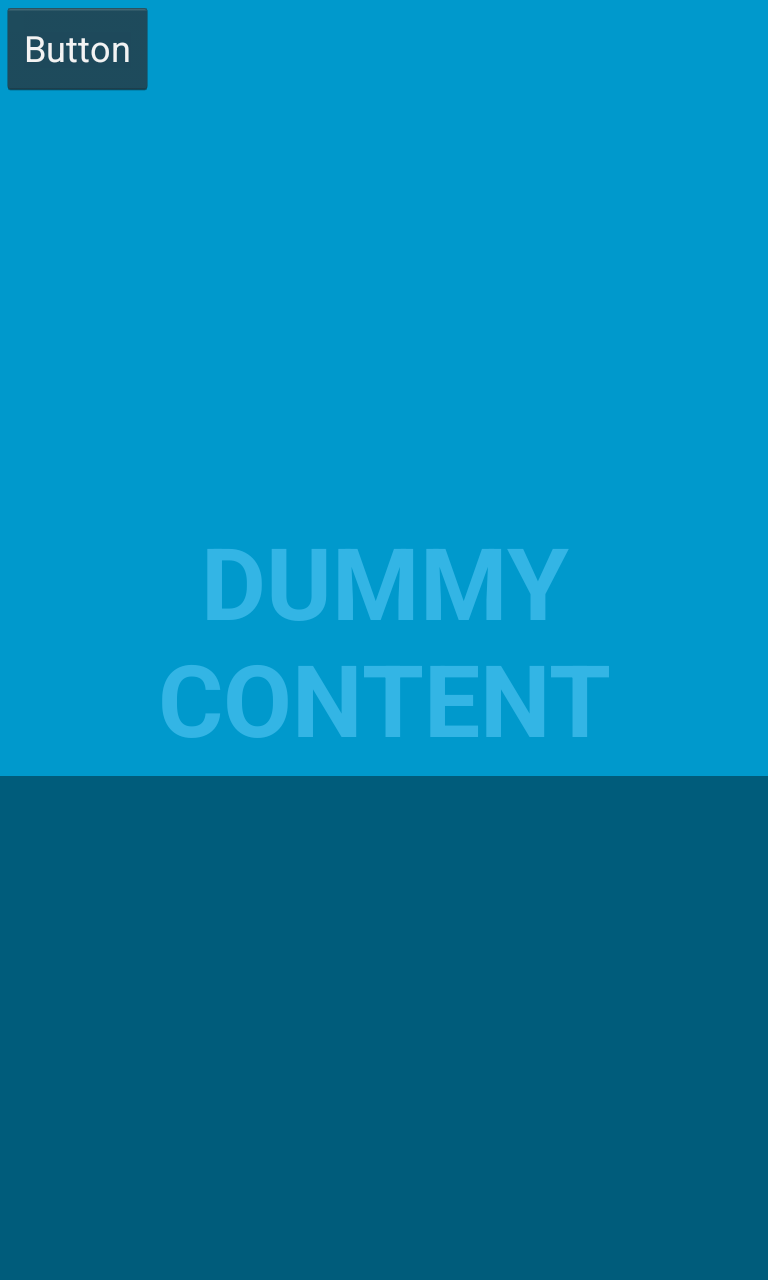
Repository: shababislam/VDialer3000
Layout: VDialer3000/res/layout/activity_fullscreen.xml
These files come from the project's save history. The layout is drawn as it stood at one moment and after the next save; the edit follows.
It is drawn on a 768 x 1280 px phone screen (xhdpi) without system bars, with theme FullscreenTheme; the app's code is not run.

Above is the layout before, as saved 2016-12-03 15:38:24.

After the next save:
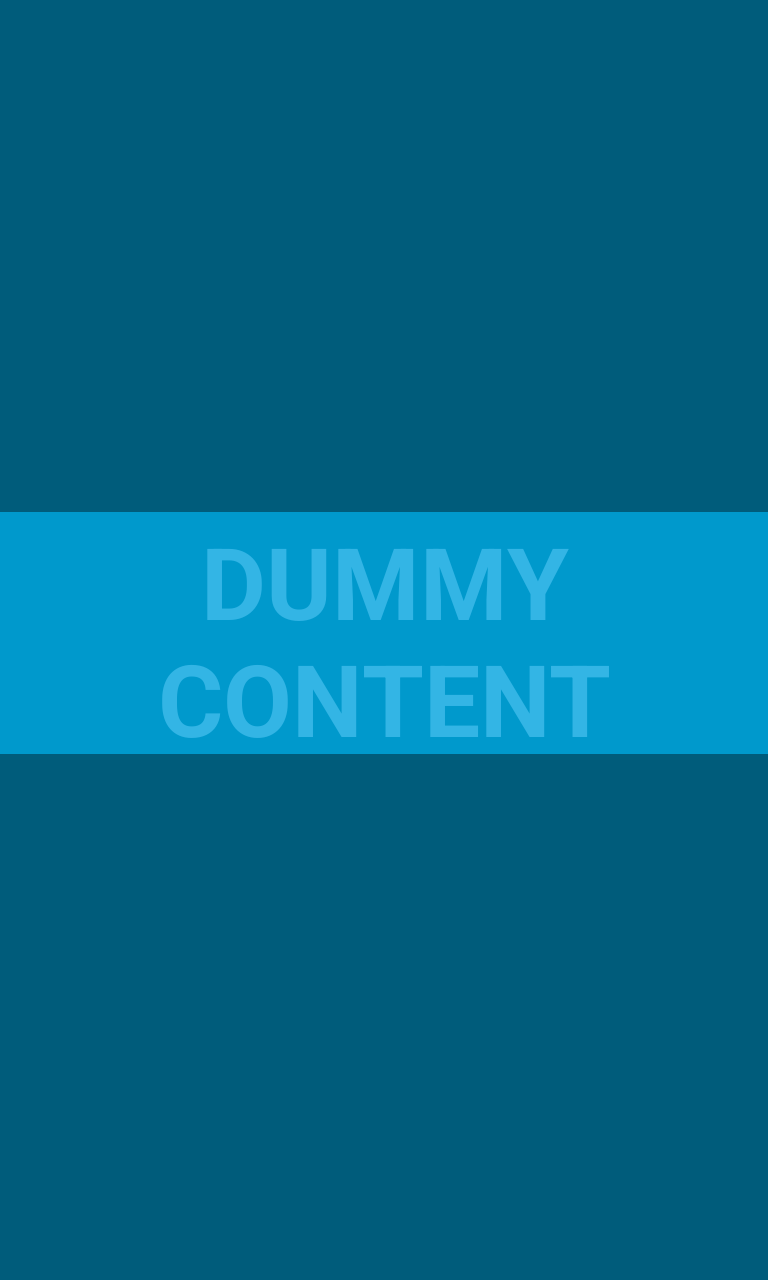
Saved 66 s later.
--- a/VDialer3000/res/layout/activity_fullscreen.xml
+++ b/VDialer3000/res/layout/activity_fullscreen.xml
@@ -36,7 +36,7 @@
             android:id="@+id/fullscreen_content_controls"
             style="?metaButtonBarStyle"
             android:layout_width="match_parent"
-            android:layout_height="wrap_content"
+            android:layout_height="263dp"
             android:layout_gravity="bottom|center_horizontal"
             android:background="@color/black_overlay"
             android:orientation="horizontal"
@@ -50,11 +50,23 @@
                 android:text="@string/dummy_button" />
         </LinearLayout>
 
-        <Button
-            android:id="@+id/button1"
-            android:layout_width="wrap_content"
-            android:layout_height="wrap_content"
-            android:text="Button" />
+        <LinearLayout
+            android:id="@+id/LinearLayout01"
+            style="?metaButtonBarStyle"
+            android:layout_width="match_parent"
+            android:layout_height="256dp"
+            android:background="@color/black_overlay"
+            android:orientation="horizontal"
+            tools:ignore="UselessParent" >
+
+            <Button
+                android:id="@+id/Button01"
+                style="?metaButtonBarButtonStyle"
+                android:layout_width="0dp"
+                android:layout_height="252dp"
+                android:text="@string/dummy_button" />
+        </LinearLayout>
+
     </FrameLayout>
 
 </FrameLayout>
